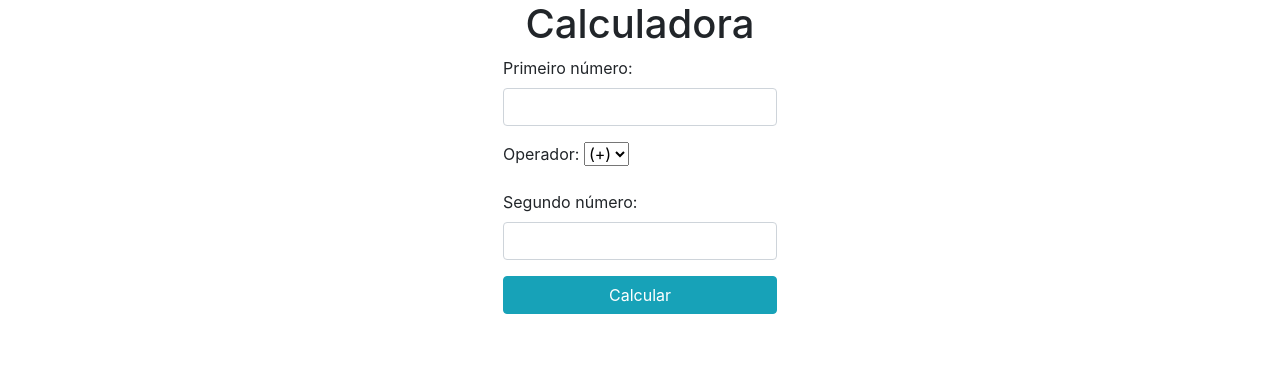
Repository: babirms/DAC
Page: Calculadora/WebContent/home.html
The author's editor kept a copy of each file at every save. The page is drawn from the files as they stood at one save, then again after the next save.
The browser window is 1280 px wide. The pictures show the whole page.

Above is the page before, as saved 2020-09-20 23:07:14.
Console error (its wording comes from the project's code and is left out).

After the next save:
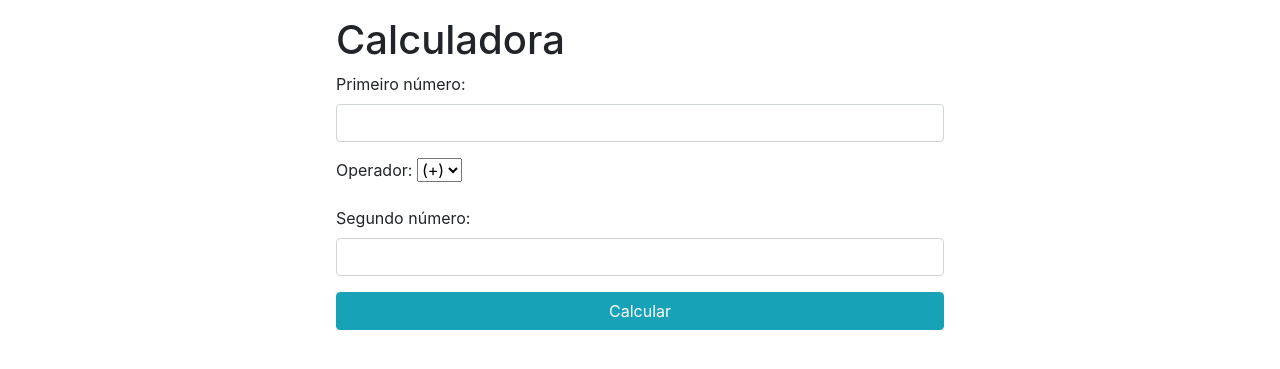
Saved 23 s later.
--- a/Calculadora/WebContent/home.html
+++ b/Calculadora/WebContent/home.html
@@ -8,29 +8,31 @@
 <script type="text/javascript" src="bootstrap/js/bootstrap.min.js"></script>
 </head>
 <body>
-	<div class="d-flex flex-column align-items-center col-xs-10">
-		<h1>Calculadora</h1>
-		<form action="CalculadoraServlet" method="get">
-			<div class="form-group">
-				<label for="primeiroNum">Primeiro número: </label> <input
-					type="number" class="form-control" name="primeiroValue"
-					id="primeiroNum ">
-			</div>
-			<div class="form-group">
-				<label>Operador: </label> <select name="operacao">
-					<option value="soma">(+)</option>
-					<option value="sub">(-)</option>
-					<option value="mul">(*)</option>
-					<option value="div">(/)</option>
-				</select>
-			</div>
-			<div class="form-group">
-				<label for="segundoNum">Segundo número: </label> <input
-					type="number" id="segundoNum" class="form-control"
-					name="segundoValue">
-			</div>
-			<button class="btn btn-info btn-block" type="submit">Calcular</button>
-		</form>
+	<div class="d-flex flex-column align-items-center">
+		<div class="container w-50 p-3">
+			<h1>Calculadora</h1>
+			<form action="CalculadoraServlet" method="get">
+				<div class="form-group">
+					<label for="primeiroNum">Primeiro número: </label> <input
+						type="number" class="form-control" name="primeiroValue"
+						id="primeiroNum ">
+				</div>
+				<div class="form-group">
+					<label>Operador: </label> <select name="operacao">
+						<option value="soma">(+)</option>
+						<option value="sub">(-)</option>
+						<option value="mul">(*)</option>
+						<option value="div">(/)</option>
+					</select>
+				</div>
+				<div class="form-group">
+					<label for="segundoNum">Segundo número: </label> <input
+						type="number" id="segundoNum" class="form-control"
+						name="segundoValue">
+				</div>
+				<button class="btn btn-info btn-block" type="submit">Calcular</button>
+			</form>
+		</div>
 	</div>
 
 </body>
